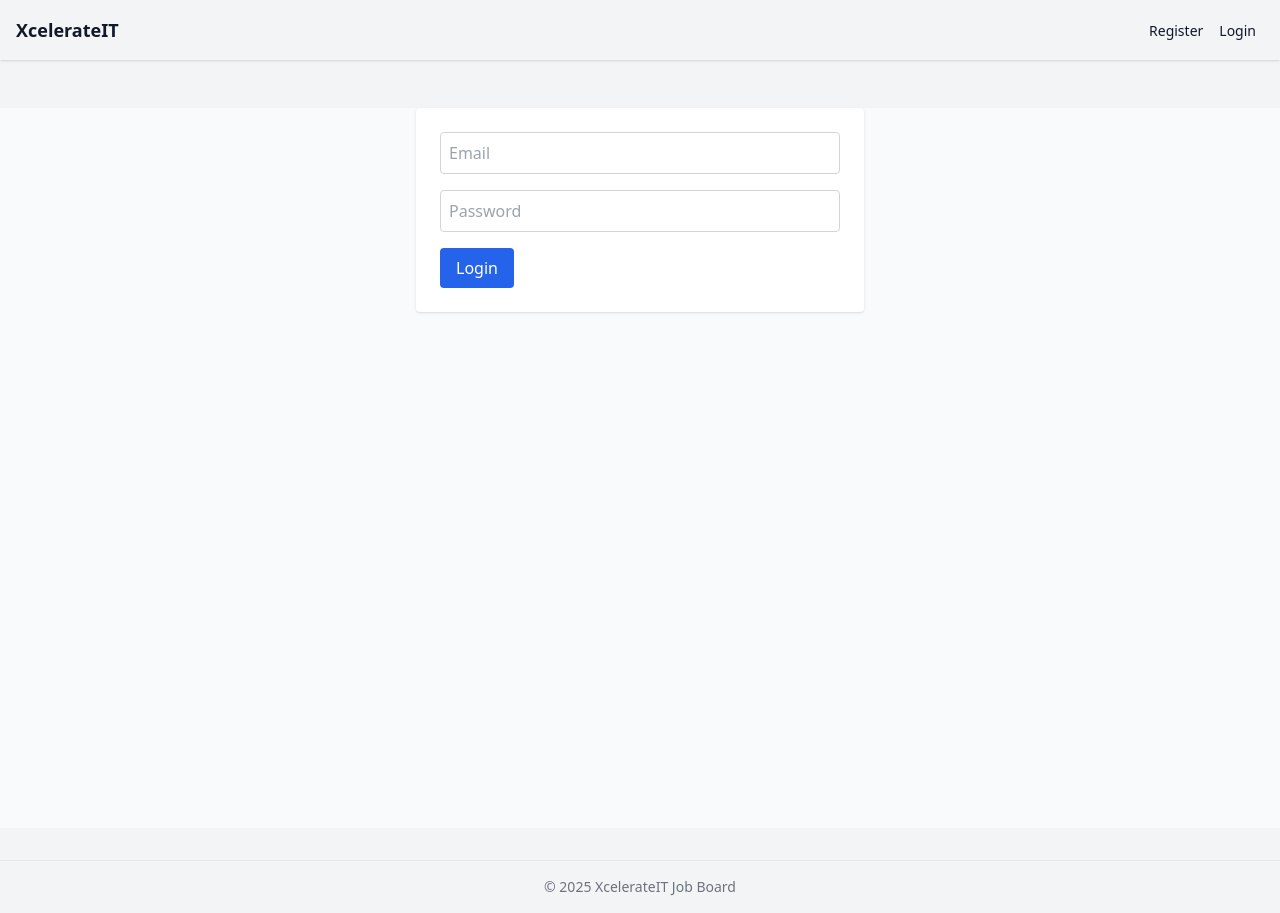
Repository: mujahid341/Job-board-application-frontend
Page: /login
An editor plug-in stored every save of this project. The page is shown before and after the next save, followed by the edit.
The browser window is 1280 px wide. The pictures show the whole page.
The project was rebuilt for these pictures with package versions that can differ from the ones it lists, and the page was loaded fresh each time. Also part of the build but not shown: vite.config.js, src/components/NotFound/NotFound.css, src/components/NotFound/NotFound.jsx, src/pages/HomePage/HomePage.jsx, src/pages/RegisterPage/RegisterPage.jsx, src/services/jobApi.js, src/pages/EmployerDashboard/EmployerDashboard.css, src/pages/EmployerDashboard/EmployerDashboard.jsx and 8 more.

Above is the page before, as saved 2025-05-26 00:26:11.

After the next save:
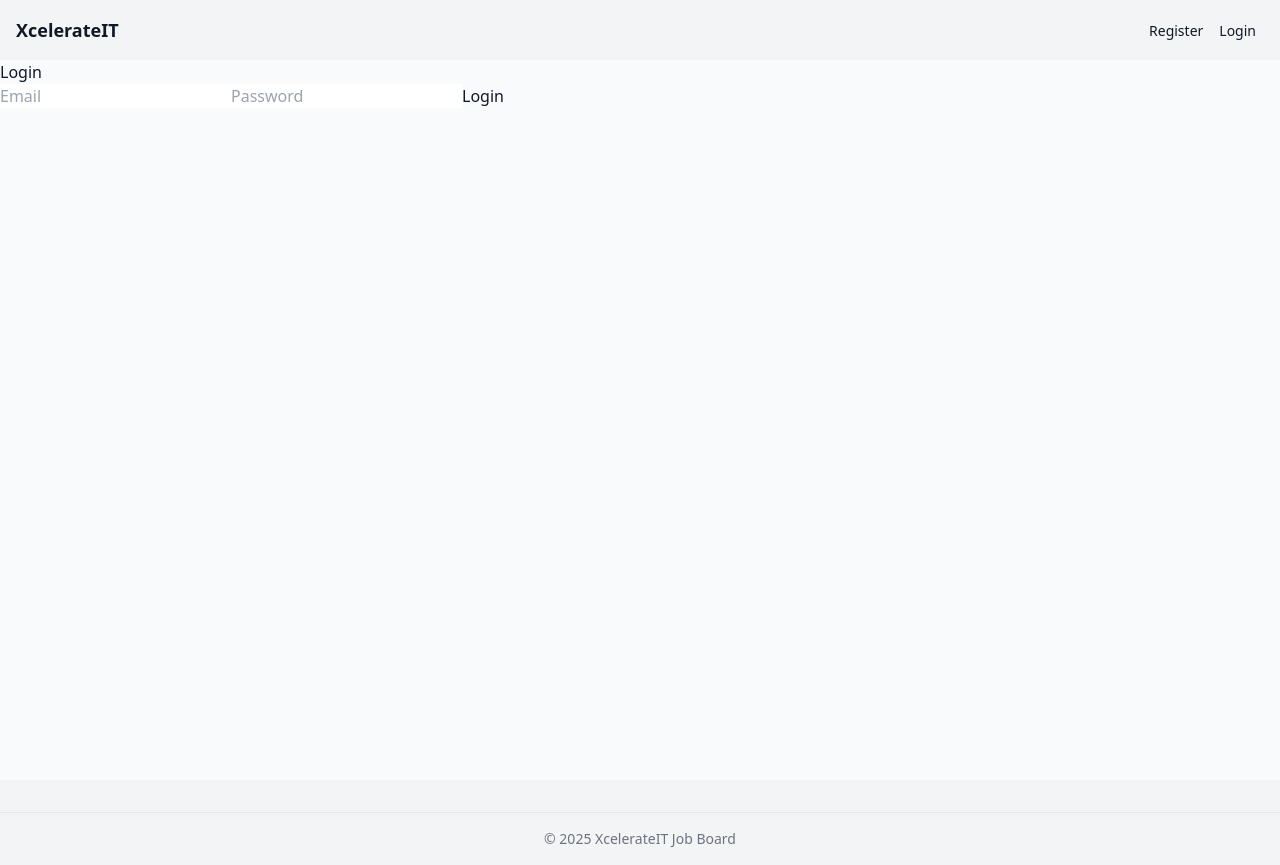
Saved 2 min 37 s later.
--- a/src/pages/LoginPage/LoginPage.jsx
+++ b/src/pages/LoginPage/LoginPage.jsx
@@ -1,7 +1,6 @@
-import './LoginPage.css';
 import { useState } from 'react';
-import { login } from '../../services/temp_api'; // make sure this sends only email + password
 import { useNavigate } from 'react-router-dom';
+import axios from 'axios';
 
 export default function LoginPage() {
   const [form, setForm] = useState({ email: '', password: '' });
@@ -13,48 +12,40 @@ export default function LoginPage() {
     setError('');
 
     try {
-      // Log the payload (debug only)
-      console.log('Sending payload:', {
-        email: form.email,
-        password: form.password
-      });
+      const res = await axios.post('http://localhost:8082/api/jobboard/auth/login', form);
+      const token = res.data.token;
 
-      // Send only email and password
-      const res = await login({
-        email: form.email,
-        password: form.password
-      });
+      // Save token to localStorage
+      localStorage.setItem('token', token);
 
-      localStorage.setItem('token', res.data.token);
-      localStorage.setItem('role', 'employer'); // simulate login role
-      navigate('/employer/dashboard'); // redirect
+      // Navigate to dashboard (or role-based page)
+      navigate('/employer/dashboard');
     } catch (err) {
       console.error('Login failed:', err);
-      setError('Invalid credentials');
+      setError('Invalid email or password.');
     }
   };
 
   return (
-    <div className="login-container">
-      <form className="space-y-4" onSubmit={handleSubmit}>
+    <div className="auth-container">
+      <h1 className="auth-title">Login</h1>
+      <form className="auth-form" onSubmit={handleSubmit}>
         <input
-          className="form-input"
+          className="auth-input"
+          placeholder="Email"
           type="email"
-          placeholder="Email"
           value={form.email}
           onChange={(e) => setForm({ ...form, email: e.target.value })}
-          required
         />
         <input
-          className="form-input"
+          className="auth-input"
+          placeholder="Password"
           type="password"
-          placeholder="Password"
           value={form.password}
           onChange={(e) => setForm({ ...form, password: e.target.value })}
-          required
         />
-        {error && <p className="text-red-500 text-sm">{error}</p>}
-        <button className="submit-btn" type="submit">Login</button>
+        <button className="auth-btn">Login</button>
+        {error && <p className="text-red-500 mt-2">{error}</p>}
       </form>
     </div>
   );
